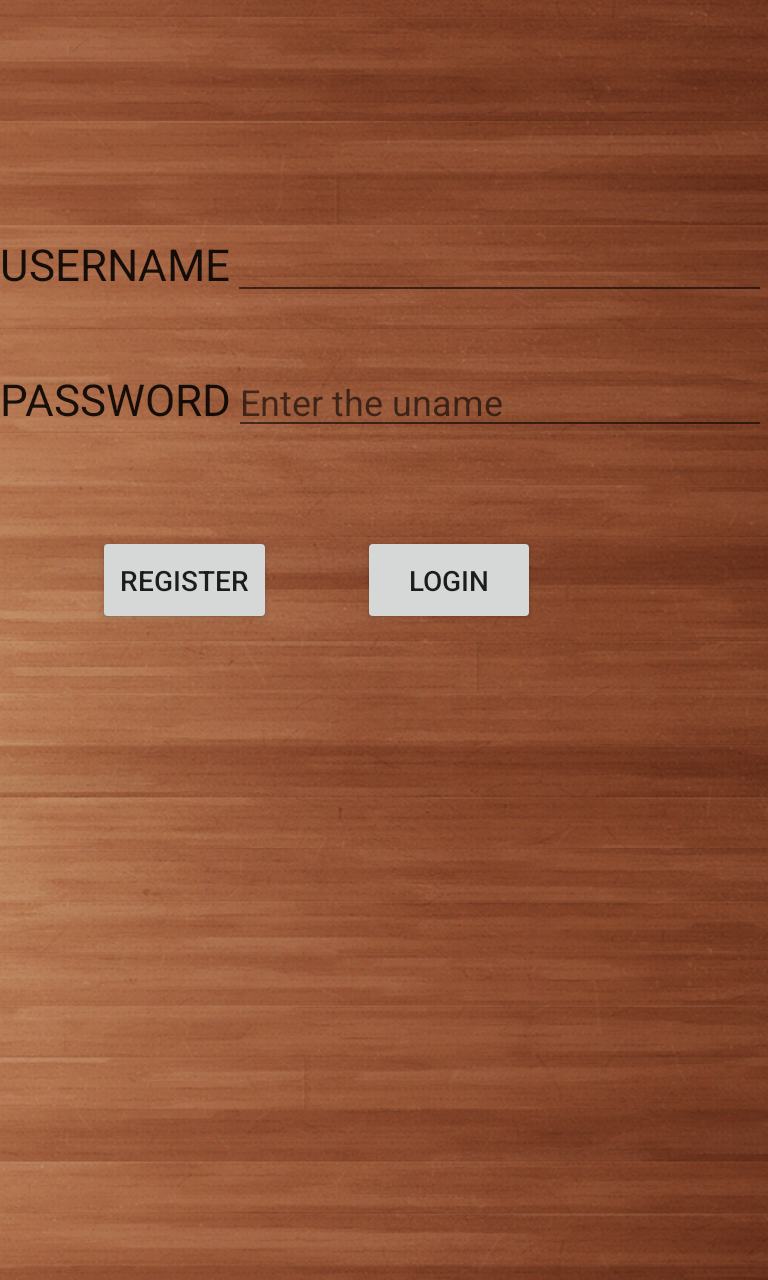
Repository: vipinvkamara/layouts
Layout: RegistrationForm/res/layout/activity_login.xml
The author's editor kept a copy of each file at every save. The layout is drawn from the files as they stood at one save, then again after the next save.
It is drawn on a 768 x 1280 px phone screen (xhdpi) without system bars, with theme AppTheme; the app's code is not run.

Above is the layout before, as saved 2014-12-16 22:39:25.

### RegistrationForm/res/layout/activity_login.xml
<RelativeLayout xmlns:android="http://schemas.android.com/apk/res/android"
    xmlns:tools="http://schemas.android.com/tools"
    android:layout_width="match_parent"
    android:layout_height="match_parent"
    android:background="@drawable/ic_woo"
    android:paddingBottom="@dimen/activity_vertical_margin"
    android:paddingTop="@dimen/activity_vertical_margin"
    tools:context="com.example.registrationform.MainActivity" >

    <TextView
        android:id="@+id/textView1"
        android:layout_width="wrap_content"
        android:layout_height="wrap_content"
        android:layout_alignParentTop="true"
        android:layout_marginTop="101dp"
        android:text="USERNAME"
        android:textAppearance="?android:attr/textAppearanceLarge" />

    <TextView
        android:id="@+id/textView2"
        android:layout_width="wrap_content"
        android:layout_height="wrap_content"
        android:layout_below="@+id/textView1"
        android:layout_marginTop="38dp"
        android:text="PASSWORD"
        android:textAppearance="?android:attr/textAppearanceLarge" />

    <EditText
        android:id="@+id/editText1"
        android:layout_width="wrap_content"
        android:layout_height="wrap_content"
        android:layout_alignBaseline="@+id/textView1"
        android:layout_alignBottom="@+id/textView1"
        android:layout_alignParentRight="true"
        android:layout_toRightOf="@+id/textView1"
        android:ems="10"
        android:textColor="#ff00ff" >

    </EditText>

    <EditText
        android:id="@+id/EditText01"
        android:layout_width="wrap_content"
        android:layout_height="wrap_content"
        android:layout_alignBaseline="@+id/textView2"
        android:hint="Enter the uname"
        android:layout_alignBottom="@+id/textView2"
        android:layout_alignParentRight="true"
        android:layout_toRightOf="@+id/textView2"
        android:ems="10"
        android:textColor="#ff00ff" />

    <Button
        android:id="@+id/button1"
        android:layout_width="wrap_content"
        android:layout_height="wrap_content"
        android:layout_alignParentLeft="true"
        android:layout_below="@+id/EditText01"
        android:layout_marginLeft="48dp"
        android:layout_marginTop="46dp"
        android:onClick="onRegister"
        android:text="REGISTER" />

    <Button
        android:id="@+id/button2"
        android:layout_width="wrap_content"
        android:layout_height="wrap_content"
        android:layout_alignBaseline="@+id/button1"
        android:layout_alignBottom="@+id/button1"
        android:layout_marginLeft="44dp"
        android:layout_toRightOf="@+id/button1"
        android:onClick="onClick_login"
        android:text="LOGIN" />

</RelativeLayout>

Loaded but not shown: RegistrationForm/res/values/styles.xml (common file); RegistrationForm/res/values-v11/styles.xml (common file); RegistrationForm/res/values-v14/styles.xml (common file); RegistrationForm/res/values/dimens.xml (common file)

After the next save:
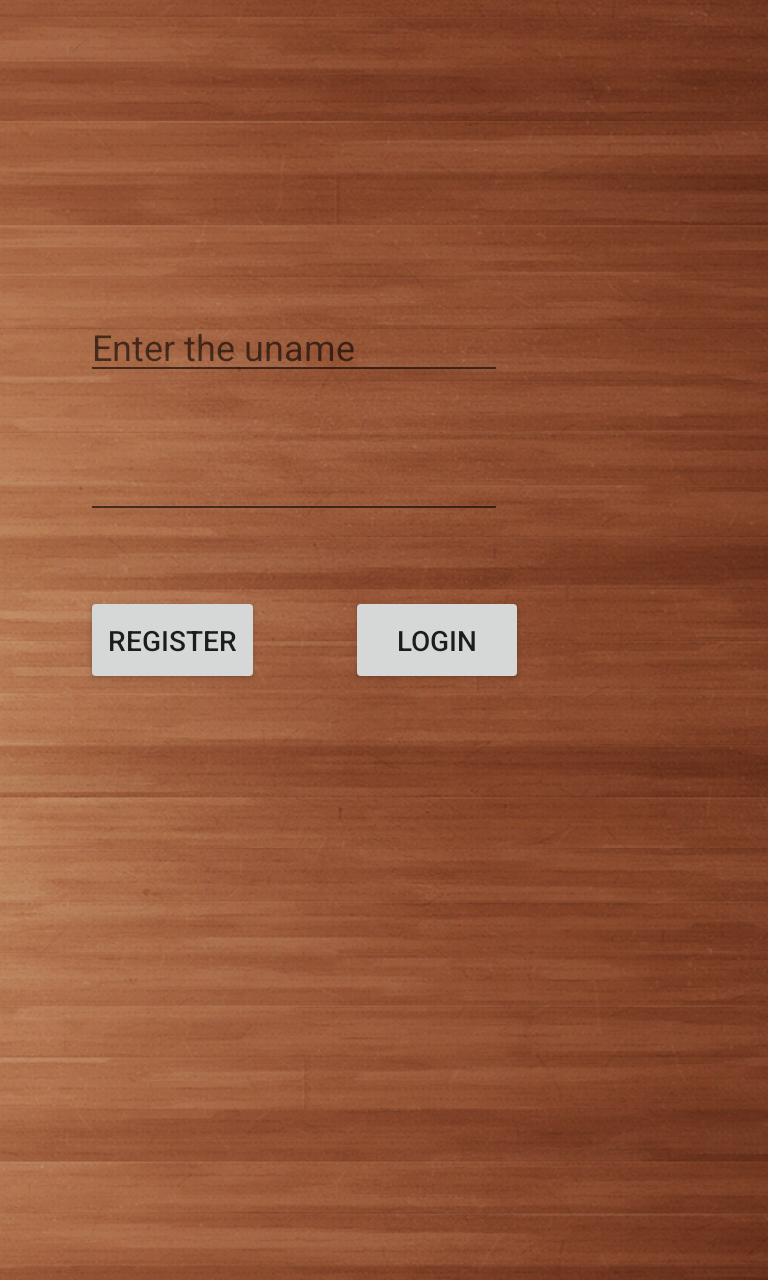
Saved 2 min 16 s later.
--- a/RegistrationForm/res/layout/activity_login.xml
+++ b/RegistrationForm/res/layout/activity_login.xml
@@ -6,60 +6,6 @@
     android:paddingBottom="@dimen/activity_vertical_margin"
     android:paddingTop="@dimen/activity_vertical_margin"
     tools:context="com.example.registrationform.MainActivity" >
-
-    <TextView
-        android:id="@+id/textView1"
-        android:layout_width="wrap_content"
-        android:layout_height="wrap_content"
-        android:layout_alignParentTop="true"
-        android:layout_marginTop="101dp"
-        android:text="USERNAME"
-        android:textAppearance="?android:attr/textAppearanceLarge" />
-
-    <TextView
-        android:id="@+id/textView2"
-        android:layout_width="wrap_content"
-        android:layout_height="wrap_content"
-        android:layout_below="@+id/textView1"
-        android:layout_marginTop="38dp"
-        android:text="PASSWORD"
-        android:textAppearance="?android:attr/textAppearanceLarge" />
-
-    <EditText
-        android:id="@+id/editText1"
-        android:layout_width="wrap_content"
-        android:layout_height="wrap_content"
-        android:layout_alignBaseline="@+id/textView1"
-        android:layout_alignBottom="@+id/textView1"
-        android:layout_alignParentRight="true"
-        android:layout_toRightOf="@+id/textView1"
-        android:ems="10"
-        android:textColor="#ff00ff" >
-
-    </EditText>
-
-    <EditText
-        android:id="@+id/EditText01"
-        android:layout_width="wrap_content"
-        android:layout_height="wrap_content"
-        android:layout_alignBaseline="@+id/textView2"
-        android:hint="Enter the uname"
-        android:layout_alignBottom="@+id/textView2"
-        android:layout_alignParentRight="true"
-        android:layout_toRightOf="@+id/textView2"
-        android:ems="10"
-        android:textColor="#ff00ff" />
-
-    <Button
-        android:id="@+id/button1"
-        android:layout_width="wrap_content"
-        android:layout_height="wrap_content"
-        android:layout_alignParentLeft="true"
-        android:layout_below="@+id/EditText01"
-        android:layout_marginLeft="48dp"
-        android:layout_marginTop="46dp"
-        android:onClick="onRegister"
-        android:text="REGISTER" />
 
     <Button
         android:id="@+id/button2"
@@ -72,4 +18,35 @@
         android:onClick="onClick_login"
         android:text="LOGIN" />
 
+    <Button
+        android:id="@+id/button1"
+        android:layout_width="wrap_content"
+        android:layout_height="wrap_content"
+        android:layout_alignParentLeft="true"
+        android:layout_centerVertical="true"
+        android:layout_marginLeft="42dp"
+        android:onClick="onRegister"
+        android:text="REGISTER" />
+
+    <EditText
+        android:id="@+id/EditText01"
+        android:layout_width="wrap_content"
+        android:layout_height="wrap_content"
+        android:layout_above="@+id/editText1"
+        android:layout_alignLeft="@+id/button1"
+        android:layout_marginBottom="28dp"
+        android:ems="10"
+        android:hint="Enter the uname"
+        android:textColor="#ff00ff" />
+
+    <EditText
+        android:id="@+id/editText1"
+        android:layout_width="wrap_content"
+        android:layout_height="wrap_content"
+        android:layout_above="@+id/button2"
+        android:layout_alignLeft="@+id/button1"
+        android:layout_marginBottom="34dp"
+        android:ems="10"
+        android:textColor="#ff00ff" />
+
 </RelativeLayout>
